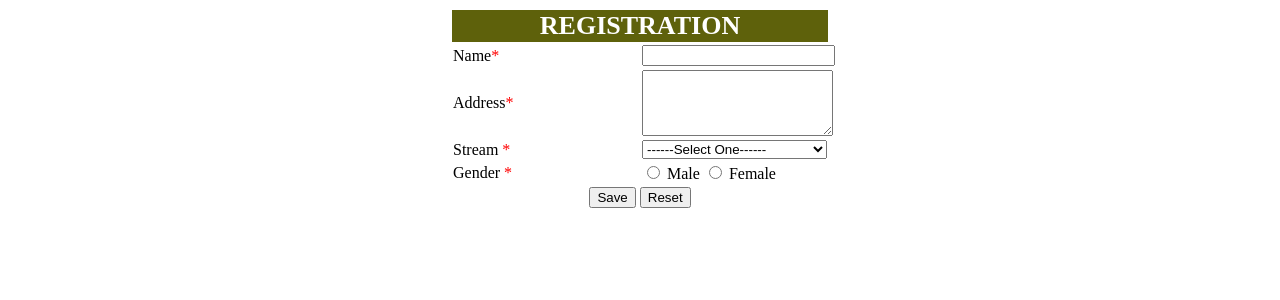
Repository: nsbgit/JavaTutorial
Page: http://localhost/Proj/
The author's editor kept a copy of each file at every save. The page is drawn from the files as they stood at one save, then again after the next save.
The browser window is 1280 px wide. The pictures show the whole page.
The page is served by Tomcat 9.

Above is the page before, as saved 2013-09-29 08:35:51.

### Webel/IDE/2013-09-29/TheSukanta/Proj/WebContent/first.jsp
<%@ page language="java" contentType="text/html; charset=ISO-8859-1"
    pageEncoding="ISO-8859-1"%>
<!DOCTYPE html PUBLIC "-//W3C//DTD HTML 4.01 Transitional//EN" "http://www.w3.org/TR/html4/loose.dtd">
<html>
<head>
<meta http-equiv="Content-Type" content="text/html; charset=ISO-8859-1">
<title>Insert title here</title>
<style type="text/css">
	.hd {
		background-color: #5E610B;
		color: white;
		font-size:  26px;
		font-weight: bold;
	}
	.lbl {
		font-weight: bold; color: #5E610B; padding-left: 25px;
	}
</style>
</head>
<body>
	<table align="center">
		<tr>
			<td align="center" colspan="2" class="hd"> REGISTRATION  </td>
		</tr>
		<tr>
			<td width="50%">Name<font color="red">*</font> </td>
			<td>
				<input type="text" name="sName" id="sName" style="width: 100%">
			</td>
		</tr>
		<tr>
			<td width="50%">Address<font color="red">*</font> </td>
			<td>
				<textarea rows="4" cols="20" name="add" id="add"  style="width: 100%"></textarea>
			</td>
		</tr>
		<tr>
			<td width="50%">Stream <font color="red">*</font> </td>
			<td>
				<select name="stream" id="stream"  style="width: 100%">
					<option value="">------Select One------</option>
					<option value="cse">Computer Science</option>
					<option value="It">Information Technology</option>
					<option value="mca">MCA</option>
				</select>
			</td>
		</tr>
		<tr>
			<td width="50%">Gender <font color="red">*</font> </td>
			<td>
				<input type="radio" name="gen" value="m"> Male
				<input type="radio" name="gen" value="f"> Female
			</td>
		</tr>
		<tr>
			<td colspan="2" align="center">
				<input type="submit" value="Save">
				<input type="reset" value="Reset">
			</td>
		</tr>
	</table>
</body>
</html>

After the next save:
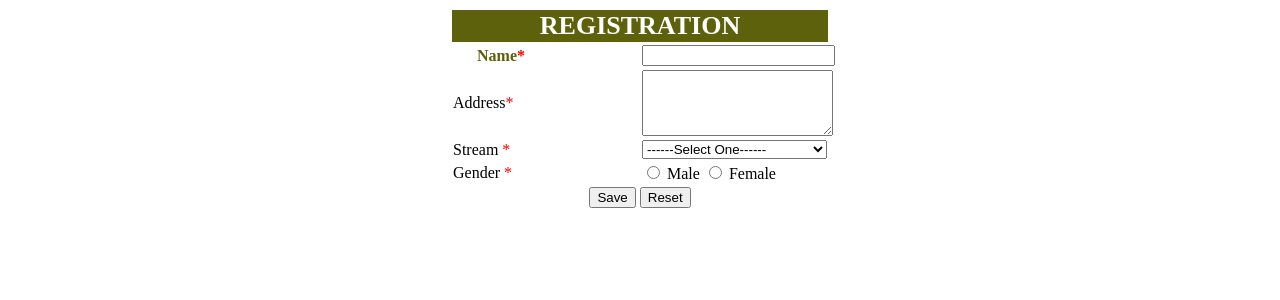
Saved 26 s later.
--- a/Webel/IDE/2013-09-29/TheSukanta/Proj/WebContent/first.jsp
+++ b/Webel/IDE/2013-09-29/TheSukanta/Proj/WebContent/first.jsp
@@ -23,7 +23,7 @@
 			<td align="center" colspan="2" class="hd"> REGISTRATION  </td>
 		</tr>
 		<tr>
-			<td width="50%">Name<font color="red">*</font> </td>
+			<td width="50%" class="lbl">Name<font color="red">*</font> </td>
 			<td>
 				<input type="text" name="sName" id="sName" style="width: 100%">
 			</td>
